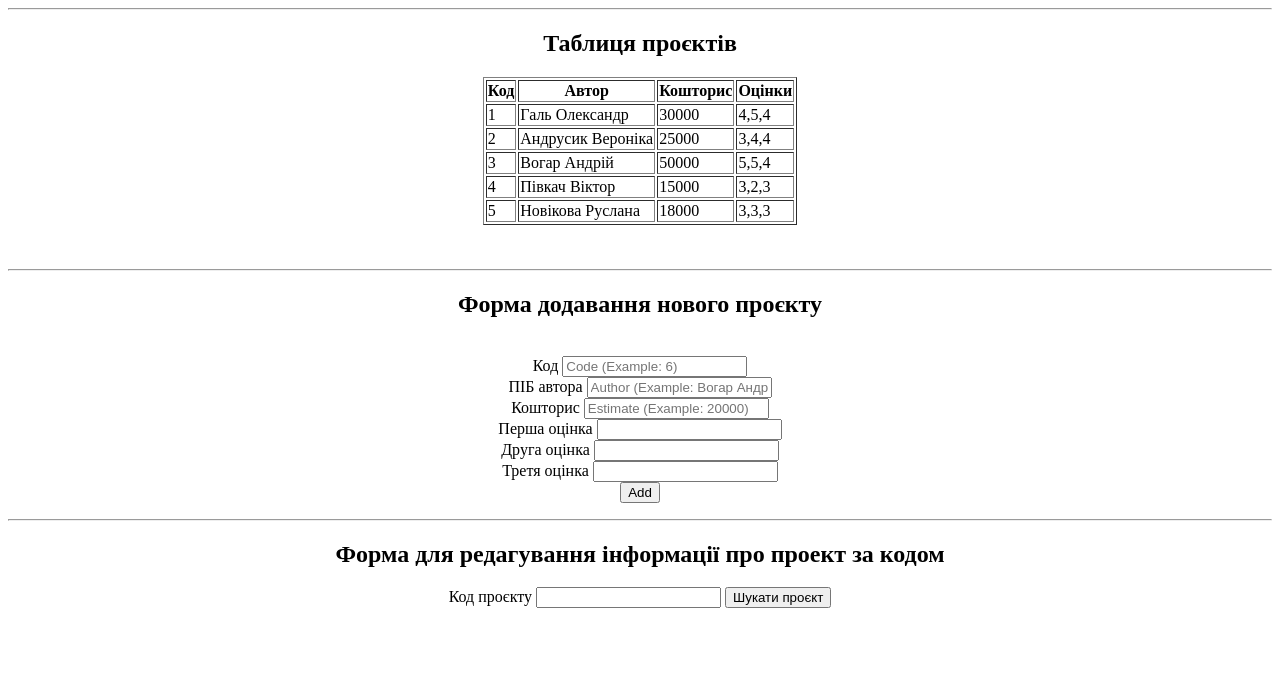
Repository: AndriyVohar/PHP-learn
Page: http://localhost/
An editor plug-in stored every save of this project. The page is shown before and after the next save, followed by the edit.
The browser window is 1280 px wide. The pictures show the whole page.
The page is run by PHP 8.4 with error messages shown; the project is at /var/www/html/.

Above is the page before, as saved 2023-10-04 20:01:53.

### Lab-2/index.php
<?php
// $fp = fopen('projects-data.json','r');
// $projectsJSON = readfile('projects-data.json');
// var_dump($projectsJSON);
// echo $projectJSON;
$projects = [
    1=>[
        'code'=>1,
        'author'=>'Галь Олександр',
        'estimate'=>30000,
        'scores'=>[
            'score1'=>4,
            'score2'=>5,
            'score3'=>4,
        ],
    ],
    2=>[
        'code'=>2,
        'author'=>'Андрусик Вероніка',
        'estimate'=>25000,
        'scores'=>[
            'score1'=>3,
            'score2'=>4,
            'score3'=>4,
        ],
    ],
    3=>[
        'code'=>3,
        'author'=>'Вогар Андрій',
        'estimate'=>50000,
        'scores'=>[
            'score1'=>5,
            'score2'=>5,
            'score3'=>4,
        ],
    ],
    4=>[
        'code'=>4,
        'author'=>'Півкач Віктор',
        'estimate'=>15000,
        'scores'=>[
            'score1'=>3,
            'score2'=>2,
            'score3'=>3,
        ],
    ],
    5=>[
        'code'=>5,
        'author'=>'Новікова Руслана',
        'estimate'=>18000,
        'scores'=>[
            'score1'=>3,
            'score2'=>3,
            'score3'=>3,
        ],
    ],
];

// $fp = fopen('projects-data.json','w');
$projectJSON = json_encode($projects);
// fputs($fp,$projectJSON);
// fclose($fp);
file_put_contents('projects-data.json',$projectJSON);
//2. Вивести дані про об'єкти в таблицю.
include 'table.phtml';

//3. Підготувати функцію для вибору всіх елементів масиву, що відповідають запиту. Вивести їх в таблицю.
function filteredProjects($projects, $maxEstimate, $minSumScores){
    echo '
    <br><br>
    <h2>Відфільтрований список проектів</h2><br>
    <center>
    <table border="1">
        <tr>
        <th>Код</th>
        <th>Автор</th>
        <th>Кошторис</th>
        <th>Оцінки</th>
        </tr>
    ';
    foreach($projects as $project){
        if(($project['estimate']<=$maxEstimate)&&(($project['scores']['score1']+$project['scores']['score2']+$project['scores']['score3'])>=$minSumScores)){
            echo '<tr>
            <td>'.$project['code'].'</td>
            <td>'.$project['author'].'</td>
            <td>'.$project['estimate'].'</td>
            <td>'.$project['scores']['score1'].','
                .$project['scores']['score2'].','
                .$project['scores']['score3'].','.
            '</td>
            </tr>';
        }
    }
    echo '</table></center>';
}

// 4. Передбачити можливість передачі параметрів запиту через рядок стану (наприклад index.php?country=ukraine&min_age=18)
if(isset($_GET['max_estimate'])&&isset($_GET['min_sum_scores'])){
    $maxEstimate = intval($_GET['max_estimate']);
    $minSumScores = intval($_GET['min_sum_scores']);
    filteredProjects($projects,$maxEstimate,$minSumScores);
}

// 5. Створити форму для додавання нового об'єкту до масиву.
include 'form.phtml';
//Додавання об'єкту до масиву
if($_SERVER['REQUEST_METHOD']==='POST'&&isset($_POST['code'])){
    $code = $_POST['code'];
    $author = $_POST['author'];
    $estimate = $_POST['estimate'];
    $scores = $_POST['scores'];

    $projects[(int)$code] = [
        'code'=>$code,
        'author'=>$author,
        'estimate'=>$estimate,
        'scores'=>$scores,
    ];

    include 'table.phtml';
}

// 6. Створити форму редагування даних про об'єкт.
include 'form_change.phtml';
// 7. Перед редагуванням здійснити валідацію даних (ПІБ не може бути порожнім рядком, заробітна плата повинна бути невід'ємним числом, тощо).
if ($_SERVER["REQUEST_METHOD"] === "POST" && isset($_POST["edit-code"])) {
    $editCode = $_POST["edit-code"];
    $projectToEdit = $projects[(int)$editCode];

    if($projectToEdit){
        ?>
        <center>
        <form method="POST">
            <input type="hidden" name="edit-code" value="<?=$editCode; ?>">
            <label>
                ПІБ автора
                <input name="edit-author" type="text" id="edit-author" value="<?= $projectToEdit['author'];?>">
            </label><br>
            <label>
                Кошторис
                <input name="edit-estimate" type="number" id="edit-estimate" value="<?= $projectToEdit['estimate'];?>">
            </label><br>
            <label>
                Перша оцінка
                <input name="edit-score1" type="number" id="edit-score1" value="<?= $projectToEdit['scores']['score1'];?>">
            </label><br>
            <label>
                Друга оцінка
                <input name="edit-score2" type="number" id="edit-score2" value="<?= $projectToEdit['scores']['score2'];?>">
            </label><br>
            <label>
                Третя оцінка
                <input name="edit-score3" type="number" id="edit-score3" value="<?= $projectToEdit['scores']['score3'];?>">
            </label><br>
            <button name="change-project" type="submit">Змінити дані</button>
        </form>
        </center>
        <?php

        //Валідація даних, а після цього запис у масив проектів
        if($_SERVER["REQUEST_METHOD"]==="POST"&&isset($_POST["edit-author"])){
            $editAuthor = $_POST["edit-author"];
            $editEstimate = $_POST["edit-estimate"];
            $editScore1=$_POST["edit-score1"];
            $editScore2=$_POST["edit-score2"];
            $editScore3=$_POST["edit-score3"];
            if($editAuthor===''||(int)$editEstimate<0||(int)$editScore1<0||(int)$editScore2<0||(int)$editScore3<0){
                return false;
            }
            $projects[(int)$editCode] = [
                'code'=>$editCode,
                'author'=>$editAuthor,
                'estimate'=>$editEstimate,
                'scores'=>[
                    'score1'=>$editScore1,
                    'score2'=>$editScore2,
                    'score3'=>$editScore3,
                ],
            ];
            include 'table.phtml';
        }
    }
}

### Lab-2/table.phtml
<?php
/** @var array $projects */
$projects;
?>

<hr>
<center>
<h2>Таблиця проєктів</h2>
<table border="1">
    <tr>
        <th>Код</th>
        <th>Автор</th>
        <th>Кошторис</th>
        <th>Оцінки</th>
    </tr>
    <?php foreach ($projects as $project): ?>
    <tr>
        <td><?= $project['code']; ?></td>
        <td><?= $project['author']; ?></td>
        <td><?= $project['estimate']; ?></td>
        <td><?= implode(',',$project['scores']); ?></td>
    </tr>
    <?php endforeach;?>
</table>
</center>

### Lab-2/form.phtml
<br><br>
<hr>
<center>
<h2>Форма додавання нового проєкту</h2><br>
<form method="POST">
    <label>
        Код
        <input type="number" id="code" name="code" placeholder="Code (Example: 6)">
    </label><br>
    <label>
        ПІБ автора
        <input type="text" id="author" name="author" placeholder="Author (Example: Вогар Андрій)">
    </label><br>
    <label>
        Кошторис
        <input type="number" id="estimate" name="estimate" placeholder="Estimate (Example: 20000)">
    </label><br>
    <label>
        Перша оцінка
        <input type="number" id="score1" name="scores[score1]">
    </label><br>
    <label>
        Друга оцінка
        <input type="number" id="score2" name="scores[score2]">
    </label><br>
    <label>
        Третя оцінка
        <input type="number" id="score3" name="scores[score3]">
    </label><br>
    <button type="submit">Add</button>
</form>
</center>

### Lab-2/form_change.phtml
<center>
<form method="POST">
    <hr>
    <h2>Форма для редагування інформації про проект за кодом</h2>

    <label>
        Код проєкту
        <input name="edit-code" type="text" id="edit-code">
    </label>
    <button type="submit">Шукати проєкт</button>
</form>
</center>

### Lab-2/projects-data.json
{
	"1":
	{
		"code": 1,
		"author": "\u0413\u0430\u043b\u044c \u041e\u043b\u0435\u043a\u0441\u0430\u043d\u0434\u0440",
		"estimate": 30000,
		"scores":
		{
			"score1": 4,
			"score2": 5,
			"score3": 4
		}
	},
	"2":
	{
		"code": 2,
		"author": "\u0410\u043d\u0434\u0440\u0443\u0441\u0438\u043a \u0412\u0435\u0440\u043e\u043d\u0456\u043a\u0430",
		"estimate": 25000,
		"scores":
		{
			"score1": 3,
			"score2": 4,
			"score3": 4
		}
	},
	"3":
	{
		"code": 3,
		"author": "\u0412\u043e\u0433\u0430\u0440 \u0410\u043d\u0434\u0440\u0456\u0439",
		"estimate": 50000,
		"scores":
		{
			"score1": 5,
			"score2": 5,
			"score3": 4
		}
	},
	"4":
	{
		"code": 4,
		"author": "\u041f\u0456\u0432\u043a\u0430\u0447 \u0412\u0456\u043a\u0442\u043e\u0440",
		"estimate": 15000,
		"scores":
		{
			"score1": 3,
			"score2": 2,
			"score3": 3
		}
	},
	"5":
	{
		"code": 5,
		"author": "\u041d\u043e\u0432\u0456\u043a\u043e\u0432\u0430 \u0420\u0443\u0441\u043b\u0430\u043d\u0430",
		"estimate": 18000,
		"scores":
		{
			"score1": 3,
			"score2": 3,
			"score3": 3
		}
	}
}

After the next save:
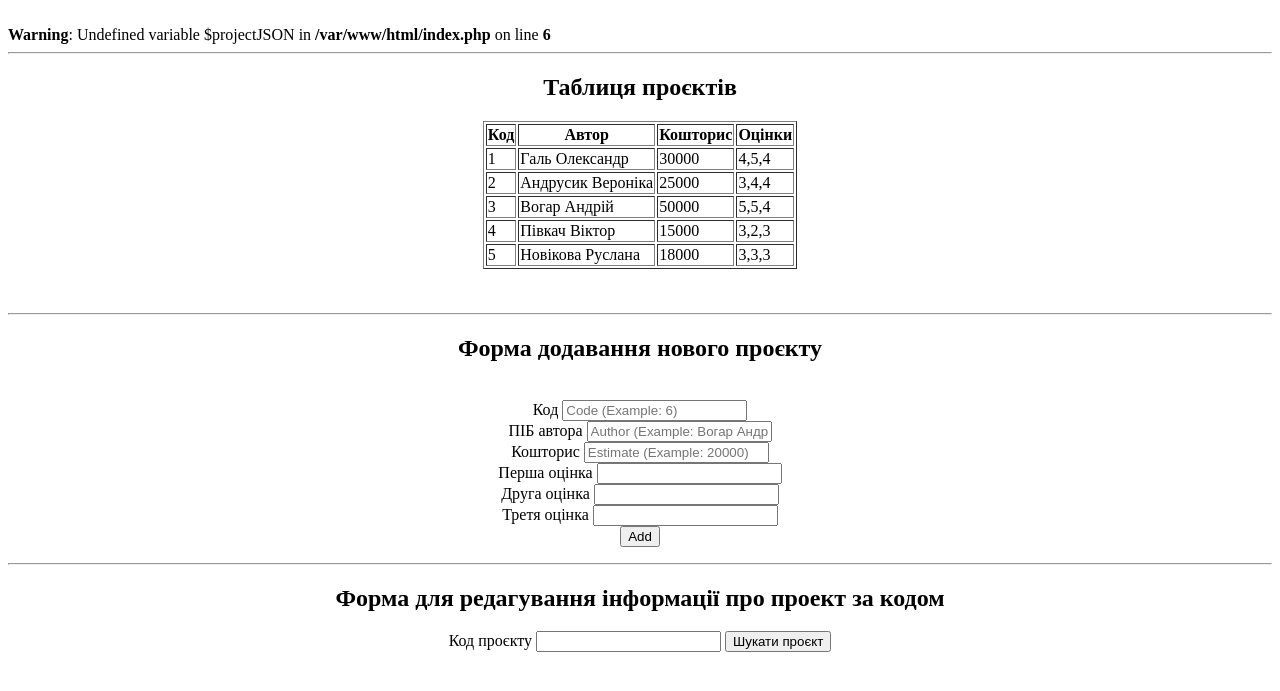
Saved 2 min 27 s later.
--- a/Lab-2/index.php
+++ b/Lab-2/index.php
@@ -2,6 +2,8 @@
 // $fp = fopen('projects-data.json','r');
 // $projectsJSON = readfile('projects-data.json');
 // var_dump($projectsJSON);
+$projectsJSON = file_get_contents('projects-data.json');
+$pr = json_decode($projectJSON);
 // echo $projectJSON;
 $projects = [
     1=>[
@@ -57,9 +59,9 @@
 ];
 
 // $fp = fopen('projects-data.json','w');
-$projectJSON = json_encode($projects);
 // fputs($fp,$projectJSON);
 // fclose($fp);
+$projectJSON = json_encode($projects);
 file_put_contents('projects-data.json',$projectJSON);
 //2. Вивести дані про об'єкти в таблицю.
 include 'table.phtml';

After the save that followed:
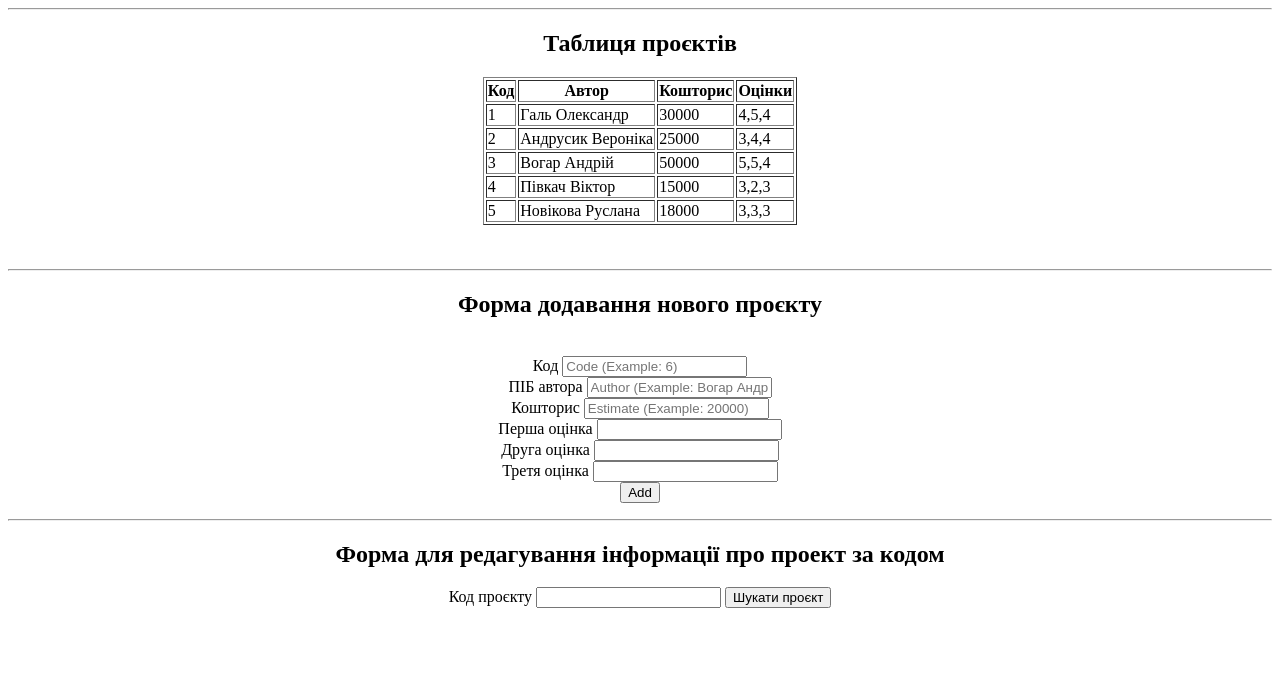
Saved 17 s later.
--- a/Lab-2/index.php
+++ b/Lab-2/index.php
@@ -3,7 +3,7 @@
 // $projectsJSON = readfile('projects-data.json');
 // var_dump($projectsJSON);
 $projectsJSON = file_get_contents('projects-data.json');
-$pr = json_decode($projectJSON);
+$pr = json_decode($projectsJSON);
 // echo $projectJSON;
 $projects = [
     1=>[
